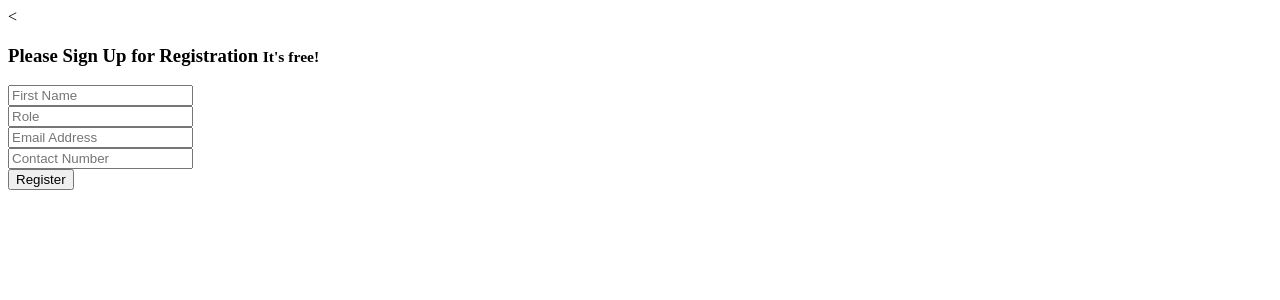
Repository: Abinayasivapraba/ChatProject
Page: FireChat/WebContent/User/Register.html
The author's editor kept a copy of each file at every save. The page is drawn from the files as they stood at one save, then again after the next save.
The browser window is 1280 px wide. The pictures show the whole page.

Above is the page before, as saved 2017-08-12 05:13:28.

### FireChat/WebContent/User/Register.html
 <!DOCTYPE html>
<html>
<head>
<meta charset="ISO-8859-1">
<title>ChatApp</title>
</head>
<body ng-controller="UserController as ctrl">
<<div class="container">
        <div class="row centered-form">
        <div class="col-xs-12 col-sm-8 col-md-4 col-sm-offset-2 col-md-offset-4">
        	<div class="panel panel-default">
        		<div class="panel-heading">
			    		<h3 class="panel-title">Please Sign Up for Registration <small>It's free!</small></h3>
			 			</div>
			 			<div class="panel-body">
			    		<form role="form">
			    			<div class="row">
			    				<div class="col-xs-6 col-sm-6 col-md-6">
			    					<div class="form-group">
			                <input type="text" name="first_name" id="first_name" class="form-control input-sm" placeholder="First Name">
			    					</div>
			    				</div>
			    				<div class="col-xs-6 col-sm-6 col-md-6">
			    					<div class="form-group">
			    						<input type="text" name="role" id="role" class="form-control input-sm" placeholder="Role">
			    					</div>
			    				</div>
			    			</div>

			    			<div class="form-group">
			    				<input type="email" name="email" id="email" class="form-control input-sm" placeholder="Email Address">
			    			</div>

			    			<div class="form-group">
			    				<input type="text" name="contact" id="contact" class="form-control input-sm" placeholder="Contact Number">
			    			</div>



			    			<input type="submit" value="Register" class="btn btn-info btn-block">

			    		</form>
			    	</div>
	    		</div>
    		</div>
    	</div>
    </div>
</body>
</html>

After the next save:
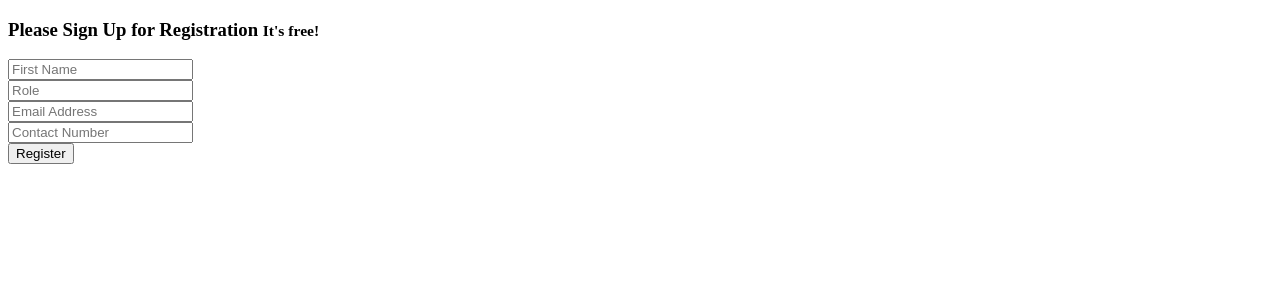
Saved 29 s later.
--- a/FireChat/WebContent/User/Register.html
+++ b/FireChat/WebContent/User/Register.html
@@ -5,7 +5,7 @@
 <title>ChatApp</title>
 </head>
 <body ng-controller="UserController as ctrl">
-<<div class="container">
+<div class="container">
         <div class="row centered-form">
         <div class="col-xs-12 col-sm-8 col-md-4 col-sm-offset-2 col-md-offset-4">
         	<div class="panel panel-default">
